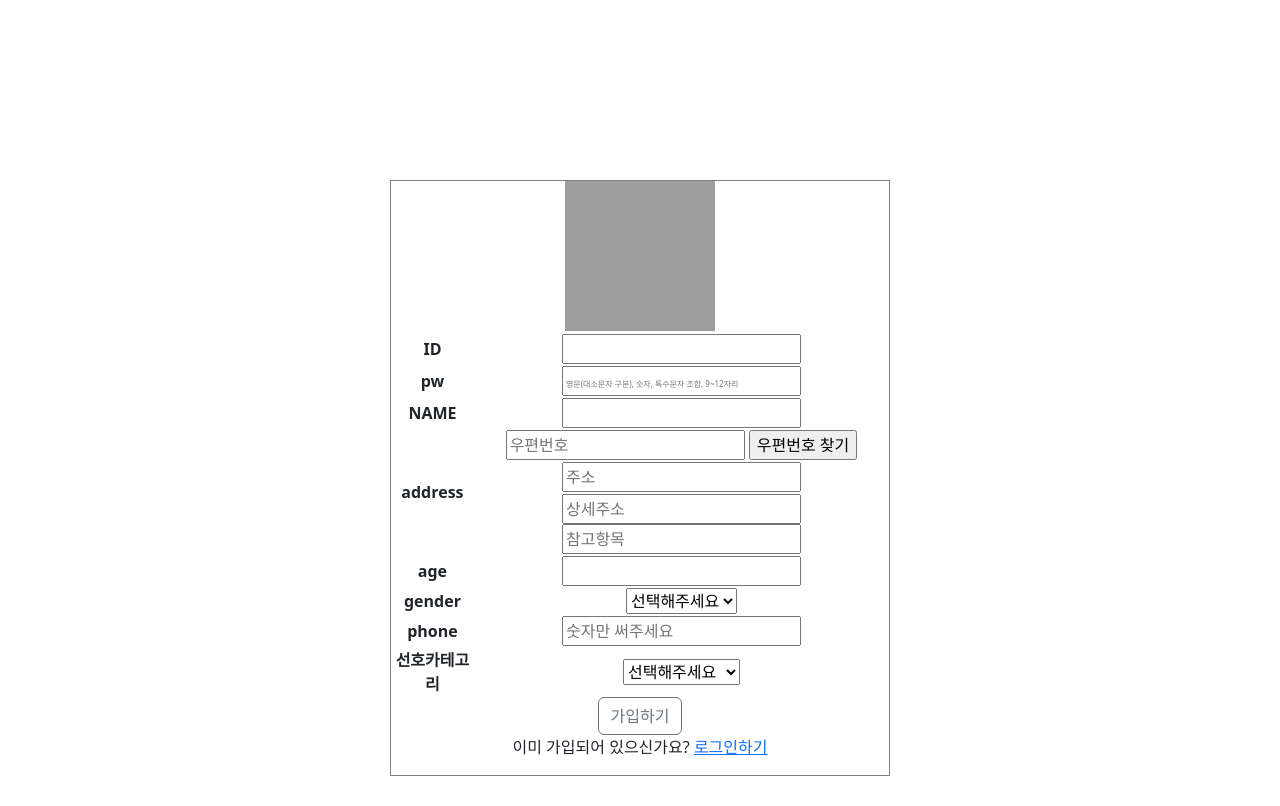
Repository: bongbongi/book1
Page: http://localhost/book/WEB-INF/views/member/join.jsp
These files come from the project's save history. The page is drawn as it stood at one moment and after the next save; the edit follows.
The browser window is 1280 px wide. The pictures show the whole page.
Pictures or frames that could not be fetched are drawn as grey boxes. Some web libraries are served in a nearby version. The page is served by Tomcat 9. Nobody is signed in. The template is opened directly, without the code that normally fills it, so the values that code supplies are empty.

Above is the page before, as saved 2023-01-05 15:56:48.

After the next save:
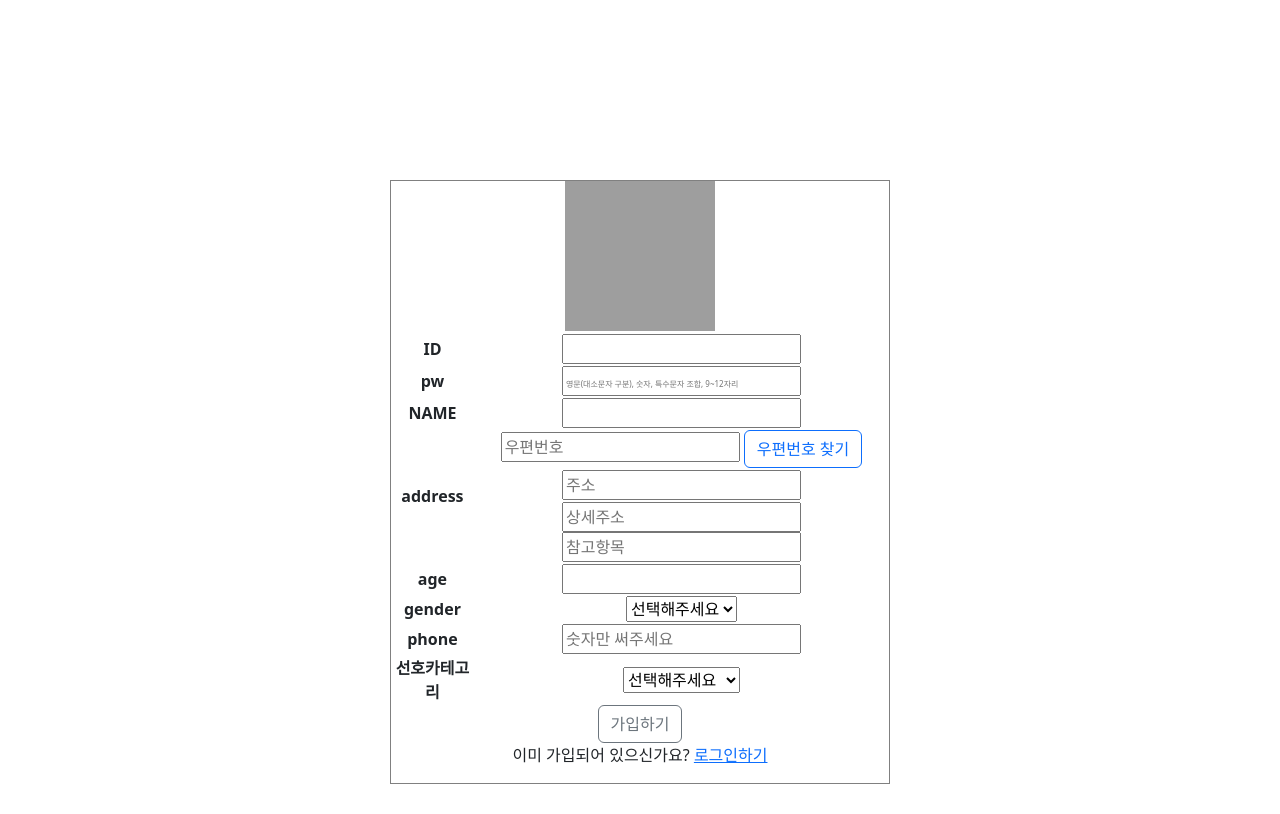
Saved 10 min 12 s later.
--- a/book/src/main/webapp/WEB-INF/views/member/join.jsp
+++ b/book/src/main/webapp/WEB-INF/views/member/join.jsp
@@ -120,7 +120,7 @@ display: none;
 								<th rowspan="3">address</th>
 								<td colspan="2">
 									<input type="text" id="postcode" name="mem_postzip" placeholder="우편번호" required>
-									<input type="button" onclick="execDaumPostcode()" value="우편번호 찾기">
+									<input type="button" class="btn btn-outline-primary" onclick="execDaumPostcode()" value="우편번호 찾기">
 								</td>
 							</tr>
 							<tr colspan="2">
